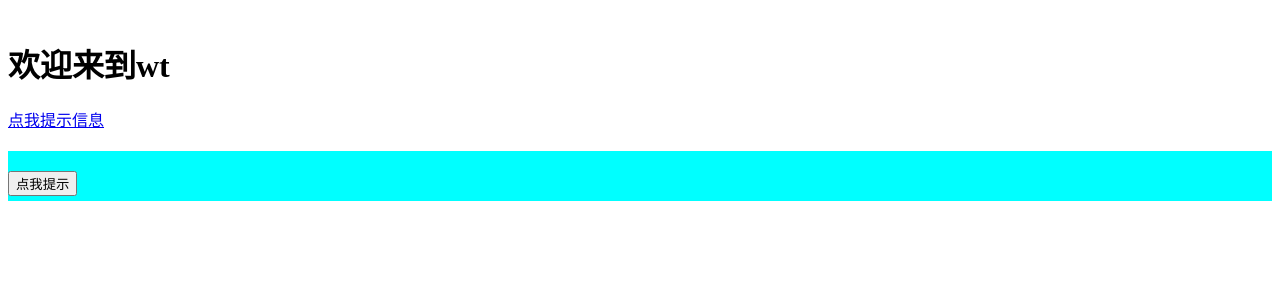
Repository: reggiepy/vueLeaning
Page: 07 事件处理/2 事件修饰符.html
These files come from the project's save history. The page is drawn as it stood at one moment and after the next save; the edit follows.
The browser window is 1280 px wide. The pictures show the whole page.

Above is the page before, as saved 2021-12-05 18:31:58.

### 07 事件处理/2 事件修饰符.html
<!DOCTYPE html>
<html lang="en">
<head>
    <meta charset="UTF-8">
    <meta http-equiv="X-UA-Compatible" content="IE=edge">
    <meta name="viewport" content="width=device-width, initial-scale=1.0">
    <title>事件修饰符</title>
    <script type="text/javascript" src="../js/vue.js"></script>
    <style>
        *{
            margin-top: 20px;
        }
        .demon1{
            height: 50px;
            background-color: aqua;
        }
    </style>
</head>
<body>
    <div id="root">
        <h1>欢迎来到{{name}}</h1>
        <a href="https://www.baidu.com" @click.prevent="showInfo">点我提示信息</a>
        <div class="demon1" @click="showInfo">
            <button @click.stop="showInfo">点我提示</button>
        </div>
    </div>
</body>
<script>
    Vue.config.productionTip = false;
    const vm = new Vue({
        el: "#root",
        data: {
            name: "wt"
       },
       methods: {
           showInfo(e){
            //    e.preventDefault()
            // e.stopPropagation()
               alert("同学你好！")
           }
       }
    })
</script>
</html>

Loaded but not shown: js/vue.js (library)

After the next save:
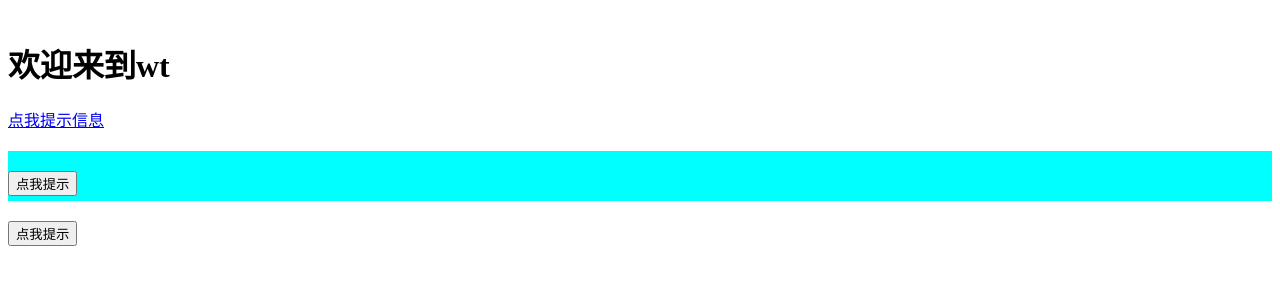
Saved 43 s later.
--- a/07 事件处理/2 事件修饰符.html
+++ b/07 事件处理/2 事件修饰符.html
@@ -23,6 +23,8 @@
         <div class="demon1" @click="showInfo">
             <button @click.stop="showInfo">点我提示</button>
         </div>
+        <button @click.stop="showInfo">点我提示</button>
+
     </div>
 </body>
 <script>
